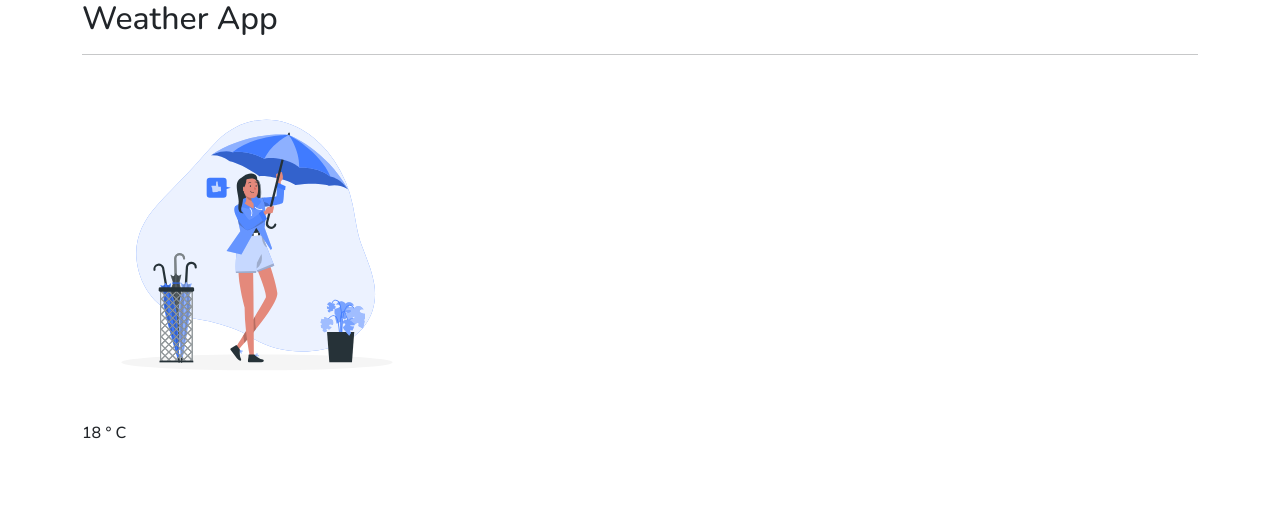
Repository: youssef168/Weather-App
Page: index.htm
The author's editor kept a copy of each file at every save. The page is drawn from the files as they stood at one save, then again after the next save.
The browser window is 1280 px wide. The pictures show the whole page.

Above is the page before, as saved 2021-12-28 18:55:48.

### index.htm
<!DOCTYPE html>
<html lang="en">
<head>
    <meta charset="UTF-8">
    <meta http-equiv="X-UA-Compatible" content="IE=edge">
    <meta name="viewport" content="width=device-width, initial-scale=1.0">
    <link href="https://cdn.jsdelivr.net/npm/bootstrap@5.1.3/dist/css/bootstrap.min.css" rel="stylesheet" integrity="sha384-1BmE4kWBq78iYhFldvKuhfTAU6auU8tT94WrHftjDbrCEXSU1oBoqyl2QvZ6jIW3" crossorigin="anonymous">
    <link rel="preconnect" href="https://fonts.googleapis.com">
    <link rel="preconnect" href="https://fonts.gstatic.com" crossorigin>
    <link href="https://fonts.googleapis.com/css2?family=Nunito:ital,wght@0,300;0,500;0,600;0,700;0,900;1,200;1,300;1,400;1,500;1,700&family=Work+Sans:ital,wght@1,400;1,600&display=swap" rel="stylesheet">
    <link rel="stylesheet" href="./style.css">
    <title>Document</title>
</head>
<body>
    <div class="container">
        <div class='row'>
          <div class='col'>
              <h2>Weather App</h2>
              <hr>
              <div class="wearher-img">
                  <img class="w-100" src="./Umbrella-rafiki.svg" alt="">
              </div>
              <div class="weather-details">
                  <span class="degree">18</span>
                  <span class="sign">°</span>
                  <span class="sign-2">
                    C
                  </span>
              </div>
          </div>
    </div>

    <script src="./script.js"></script>
    <script src="https://cdn.jsdelivr.net/npm/bootstrap@5.1.3/dist/js/bootstrap.bundle.min.js" integrity="sha384-ka7Sk0Gln4gmtz2MlQnikT1wXgYsOg+OMhuP+IlRH9sENBO0LRn5q+8nbTov4+1p" crossorigin="anonymous"></script>
</body>
</html>

### style.css
/* Start Global Rules */
body {
    font-family: 'Nunito', sans-serif;

}

.super {
    margin-top: 120px;
    /* background-image: url('./blob.svg');
    background-repeat: no-repeat;
    background-size: covere; */
}
.super::after {
    content: '';
    background: #F7F7F7;
    width: 56%;
    height: 79%;
    position: absolute;
    left: -11%;
    top: 0;
    z-index: -1;
    transform: rotate(
35deg);
    border-radius: 28px;
}
/* end Global Rules */

h1 {
    font-weight: bold !important;
    font-size: 3.6rem !important;
    margin-bottom: 30px;
    line-height: 55px ;
}


.wearher-img {
    width: 350px;
}

Loaded but not shown: script.js (no copy from this time; the picture is the same without it)

After the next save:
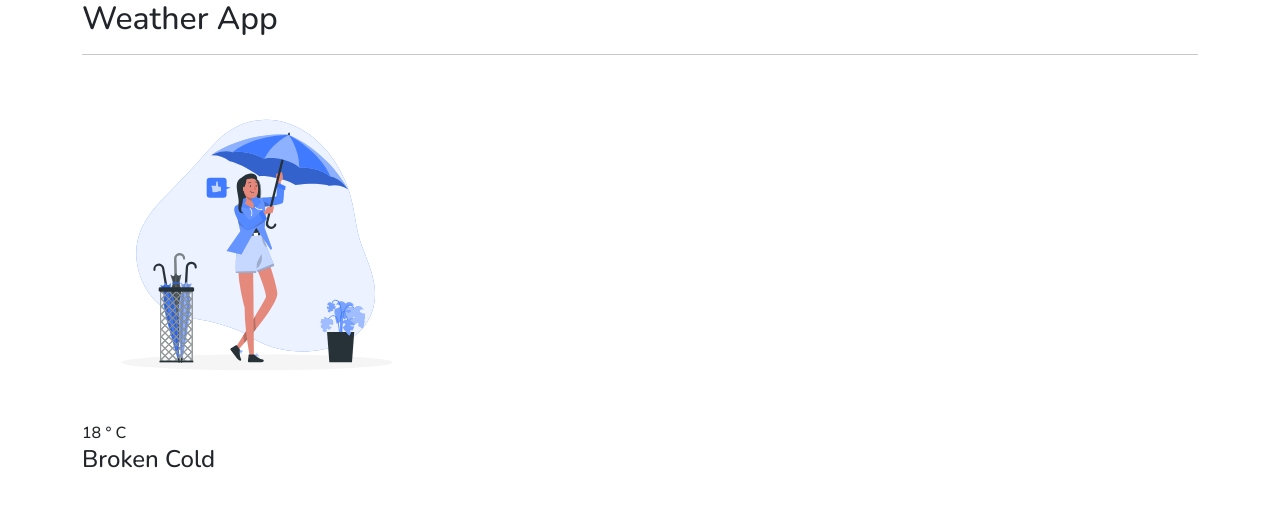
Saved 63 s later.
--- a/index.htm
+++ b/index.htm
@@ -26,6 +26,7 @@
                   <span class="sign-2">
                     C
                   </span>
+                  <h4>Broken Cold</h4>
               </div>
           </div>
     </div>
